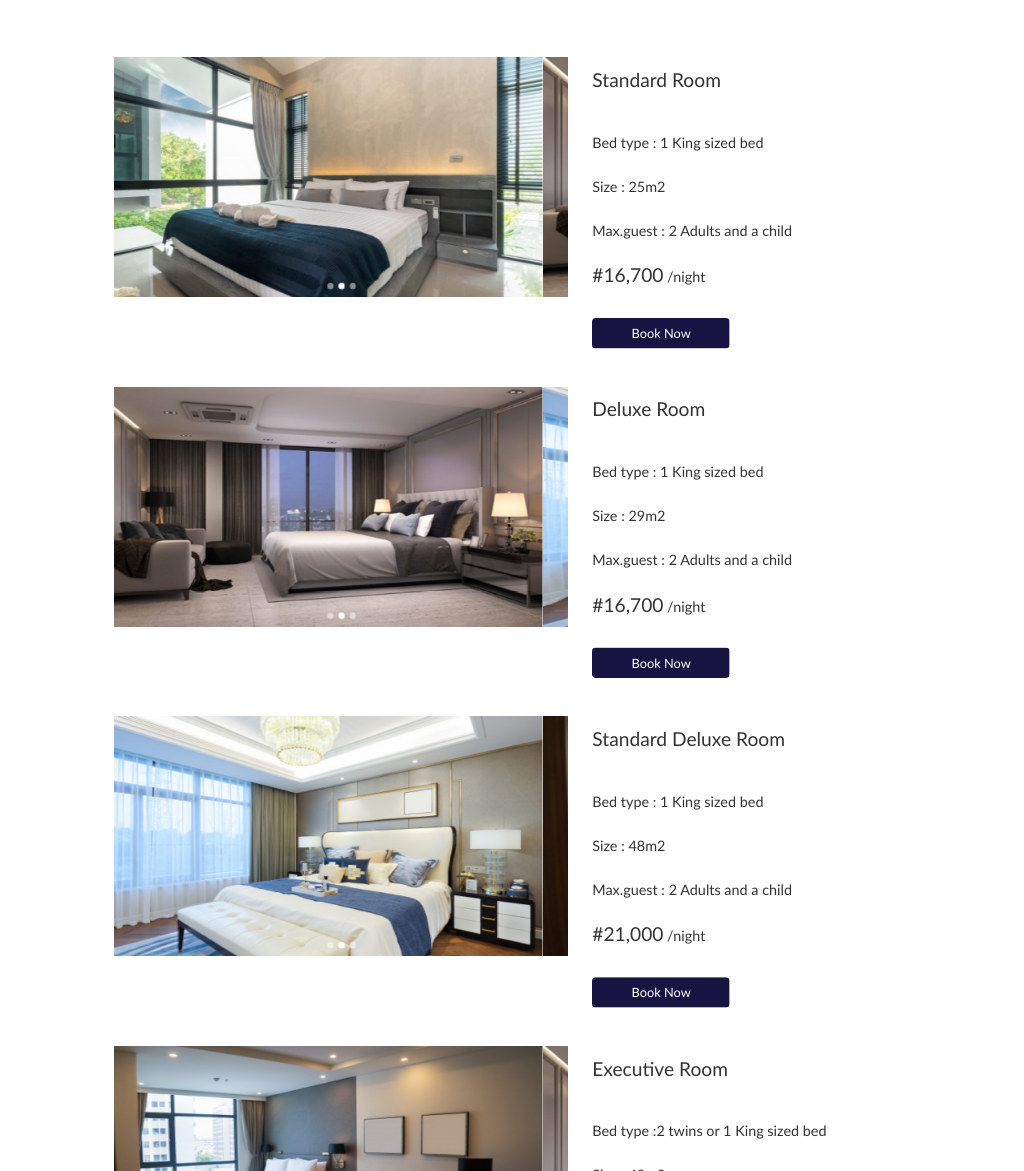
Repository: Syfon01/hotel-website
Page: index.html
An editor plug-in stored every save of this project. The page is shown before and after the next save, followed by the edit.
The browser window is 1280 px wide. The pictures show the part of the page from y = 497 to 1961 px (the page is 3108 px tall before and 2852 px after), at 80% of full size.
Pictures or frames that could not be fetched are drawn as grey boxes.

Above is the page before, as saved 2020-06-09 18:55:45.

### index.html
<!doctype html>
<html lang="en">
  <head>
    <title>Title</title>
    <!-- Required meta tags -->
    <meta charset="utf-8">
    <meta name="viewport" content="width=device-width, initial-scale=1, shrink-to-fit=no">
  <!-- font awesome -->
  <link rel="stylesheet" href="https://cdnjs.cloudflare.com/ajax/libs/font-awesome/4.7.0/css/font-awesome.min.css">
    <!-- Bootstrap CSS -->
    <link rel="stylesheet" href="https://stackpath.bootstrapcdn.com/bootstrap/4.3.1/css/bootstrap.min.css" integrity="sha384-ggOyR0iXCbMQv3Xipma34MD+dH/1fQ784/j6cY/iJTQUOhcWr7x9JvoRxT2MZw1T" crossorigin="anonymous">
    <link rel="stylesheet" href="room.css">
    <link rel="stylesheet" href="style.css">

  </head>
  <body>
    <!-- header, navbar -->
    <section class="top__section">
      <div class="top__content">
        <div class="container">
          <div class="icons">
            <i class="fa fa-facebook"></i>
            <i class="fa fa-twitter"></i>
            <i class="fa fa-instagram"></i>
            <i class="fa fa-linkedin"></i>
          </div>

          <div class="select">
            <p>English</p><span><i class="fa fa-angle-down"></i></span>
            <p class="x">NGN</p><span><i class="fa fa-angle-down"></i></span>
          </div>
        </div>
      </div>
    </section>

    <section class="main__frame">
      <nav>
        <input type="checkbox" name="" id="check">
        <label for="check" class="checkbtn"><span class="hamburger"></span></label>
        <label class="navBrand">EDGES</label>
        <ul>
          <li><a href="#" class="active">Home</a></li>
          <li><a href="#">About us</a></li>
          <li><a href="#">Room and Rates</a></li>
          <li><a href="#">Facilities</a></li>
          <li><a href="#">Gallery</a></li>
          <li><a href="#">Review</a></li>
          <li><a href="#">Contact</a></li>
        </ul>
      </nav>

      <div class="text-center text-white pt-5">
        <div class="container cont-head pt-5">
          <div class="vert-head pt-5">
            <h1 class="home pb-3">
              Our Rooms
            </h1>
            <div class="col-12 mx-auto">
              <p>
                Enjoy ultimate relaxation in one of our 94 rooms, including 27 spacious suites, designed with your comfort in
                mind.
                All
                rooms offer free high-speed wireless internet, natural light, as well as coffee and tea facilities. Return
                after a
                full
                day of work or sightseeing and unwind in style.
              </p>
            </div>
          </div>

        </div>
      </div>
    </section>

    <!-- carousel section -->
    <section id="carousel-section">
      <div class="container mt-5">
        <div class="row py-4">
          <div class="col-md-7 col-lg-7 col-12 col-sm-12">
            <div id="carouselExampleIndicators" class="carousel slide" data-ride="carousel">
              <ol class="carousel-indicators">
                <li data-target="#carouselExampleIndicators" data-slide-to="0" class="active"></li>
                <li data-target="#carouselExampleIndicators" data-slide-to="1"></li>
                <li data-target="#carouselExampleIndicators" data-slide-to="2"></li>
              </ol>
              <div class="carousel-inner">
                <div class="carousel-item active">
                  <img src="./img/hotel1.png" class="d-block w-100 img-carousel img-fluid" alt="...">
                </div>
                <div class="carousel-item">
                  <img src="./img/hotel2.png" class="d-block w-100 img-carousel img-fluid" alt="...">
                </div>
                <div class="carousel-item">
                  <img src="./img/hotel3.png" class="d-block w-100 img-carousel img-fluid" alt="...">
                </div>
              </div>

            </div>
          </div>
          <div class="col-md-5 col-lg-5 col-12 col-sm-12">
            <div class="hovertext">
              <h4 class="text-purple mb-4">Standard Room</h4>
              <p class="text-purple"><span class="p-font-weight">Bed type </span>: 1 King sized bed</p>
              <p class="text-purple"><span class="p-font-weight">Size</span> : 25m2</p>
              <p class="text-purple"><span class="p-font-weight">Max.guest </span>: 2 Adults and a child</p>
              <p class="text-purple mb-4"><span class="p-font-weight p-20">#16,700</span> /night</p>
              <button class="btn btn-purple px-5">Book Now</button>
            </div>
          </div>
        </div>

        <div class="row py-4">
          <div class="col-md-7 col-lg-7 col-12 col-sm-12">
            <div id="carouselExampleIndicators" class="carousel slide" data-ride="carousel">
              <ol class="carousel-indicators">
                <li data-target="#carouselExampleIndicators" data-slide-to="0" class="active"></li>
                <li data-target="#carouselExampleIndicators" data-slide-to="1"></li>
                <li data-target="#carouselExampleIndicators" data-slide-to="2"></li>
              </ol>
              <div class="carousel-inner">
                <div class="carousel-item active">
                  <img src="./img/hotel2.png" class="d-block w-100 img-carousel img-fluid" alt="...">
                </div>
                <div class="carousel-item">
                  <img src="./img/hotel3.png" class="d-block w-100 img-carousel img-fluid" alt="...">
                </div>
                <div class="carousel-item">
                  <img src="./img/hotel4.png" class="d-block w-100 img-carousel img-fluid" alt="...">
                </div>
              </div>

            </div>
          </div>
          <div class="col-md-5 col-lg-5 col-12 col-sm-12">
          <div class="hovertext">
            <h4 class="text-purple mb-4">Deluxe Room</h4>
            <p class="text-purple"><span class="p-font-weight">Bed type </span>: 1 King sized bed</p>
            <p class="text-purple"><span class="p-font-weight">Size</span> : 29m2</p>
            <p class="text-purple"><span class="p-font-weight">Max.guest </span>: 2 Adults and a child</p>
            <p class="text-purple mb-4"><span class="p-font-weight p-20">#16,700</span> /night</p>
            <button class="btn btn-purple px-5">Book Now</button>
          </div>
          </div>
        </div>

        <div class="row py-4">
          <div class="col-md-7 col-lg-7 col-12 col-sm-12">
            <div id="carouselExampleIndicators" class="carousel slide" data-ride="carousel">
              <ol class="carousel-indicators">
                <li data-target="#carouselExampleIndicators" data-slide-to="0" class="active"></li>
                <li data-target="#carouselExampleIndicators" data-slide-to="1"></li>
                <li data-target="#carouselExampleIndicators" data-slide-to="2"></li>
              </ol>
              <div class="carousel-inner">
                <div class="carousel-item active">
                  <img src="./img/hotel3.png" class="d-block w-100 img-carousel h-50 img-fluid" alt="...">
                </div>
                <div class="carousel-item">
                  <img src="./img/hotel4.png" class="d-block w-100 img-carousel img-fluid" alt="...">
                </div>
                <div class="carousel-item">
                  <img src="./img/hotel1.png" class="d-block w-100 img-carousel img-fluid" alt="...">
                </div>
              </div>

            </div>
          </div>
          <div class="col-md-5 col-lg-5 col-12 col-sm-12">
          <div class="hovertext">
            <h4 class="text-purple mb-4">Standard Deluxe Room</h4>
            <p class="text-purple"><span class="p-font-weight">Bed type </span>: 1 King sized bed</p>
            <p class="text-purple"><span class="p-font-weight">Size</span> : 48m2</p>
            <p class="text-purple"><span class="p-font-weight">Max.guest </span>: 2 Adults and a child</p>
            <p class="text-purple mb-4"><span class="p-font-weight p-20">#21,000</span> /night</p>
            <button class="btn btn-purple px-5">Book Now</button>
          </div>
          </div>
        </div>

        <div class="row py-4">
          <div class="col-md-7 col-lg-7 col-12 col-sm-12">
            <div id="carouselExampleIndicators" class="carousel slide" data-ride="carousel">
              <ol class="carousel-indicators">
                <li data-target="#carouselExampleIndicators" data-slide-to="0" class="active"></li>
                <li data-target="#carouselExampleIndicators" data-slide-to="1"></li>
                <li data-target="#carouselExampleIndicators" data-slide-to="2"></li>
              </ol>
              <div class="carousel-inner">
                <div class="carousel-item active">
                  <img src="./img/hotel4.png" class="d-block w-100 img-carousel h-50 img-fluid" alt="...">
                </div>
                <div class="carousel-item">
                  <img src="./img/hotel2.png" class="d-block w-100 img-carousel img-fluid" alt="...">
                </div>
                <div class="carousel-item">
                  <img src="./img/hotel1.png" class="d-block w-100 img-carousel img-fluid" alt="...">
                </div>
              </div>

            </div>
          </div>
          <div class="col-md-5 col-lg-5 col-12 col-sm-12">
            <div class="hovertext">
              <h4 class="text-purple mb-4">Executive Room</h4>
              <p class="text-purple"><span class="p-font-weight">Bed type </span>:2 twins or 1 King sized bed</p>
              <p class="text-purple"><span class="p-font-weight">Size</span> : 48m2</p>
              <p class="text-purple"><span class="p-font-weight">Max.guest </span>: 2 Adults and a child</p>
              <p class="text-purple mb-4"><span class="p-font-weight p-20">#25,000</span> /night</p>
              <button class="btn btn-purple px-5">Book Now</button>
            </div>
          </div>
        </div>
      </div>
    </section>

    <!-- explore section  -->
    <div class="explore py-4 mb-4">
      <div class='hero'>
        <div class="cont-vert d-none d-md-block d-lg-block">
          <div class="text-center vert col-12">
            <h1>
              Explore and see what comfort really is
            </h1>
            <img src="./img/play.svg" class="img-fluid" alt="" srcset="">
          </div>
        </div>

        <div class="d-sm-block d-lg-none d-md-none py-5">
          <div class="text-center col-12 py-5">
            <h2 class="pt-5">
              Explore and see what comfort really is
            </h2>
            <img src="./img/play.svg" class="img-fluid pt-2" alt="" srcset="">
          </div>
        </div>

      </div>
</div>
<!-- footer -->
<footer>
  <h2>Edges</h2>



  <div class="row">

    <div class="col-md-4 col-6 col-lg-4 de-column">
      <ul class="d-row">
        <li id="theader">Quick Links </li>
        <li><a href="#">About Us </a></li>
        <li><a href="#"> Room and Rates</a></li>
        <li><a href="#"> Facilities</a></li>
        <li><a href="#">Reviews</a> </li>
        <li><a href="#">Gallery</a> </li>
        <li><a href="#"> Contact</a></li>
      </ul>
    </div>

    <div class="col-md-4 col-6 col-lg-4 de-column">
      <ul class="d-row">
        <li id="theader">Features </li>
        <li><a href="#">Internet</a></li>
        <li><a href="#">Resuturant</a> </li>
        <li><a href="#">Leisure</a> </li>
        <li> <a href="#">Spa Treatment</a></li>
        <li><a href="#">Fitness </a></li>
        <li><a href="#">Bush bar </a></li>
      </ul>
    </div>

    <div class="col-md-4 col-12 col-lg-4  de-column">
      <ul class="d-row">
        <li id="theader"> Legal Information</li>
        <li><a href="#">Terms and Condition </a></li>
        <li><a href="#">Disclaimer</a> </li>
        <li> <a href="#">Cancellation policy</a></li>
        <li><a href="#">Privacy</a> </li>
      </ul>
    </div>


  </div>


  <div class="links">
    <i class="fa fa-facebook"><a href="#"></a></i>
    <i class="fa fa-twitter"><a href="#"></a></i>
    <i class="fa fa-instagram"><a href="#"></a></i>
    <i class="fa fa-linkedin"><a href="#"></a></i>

  </div>
</footer>


    <!-- Optional JavaScript -->
    <!-- jQuery first, then Popper.js, then Bootstrap JS -->
    <script src="https://code.jquery.com/jquery-3.3.1.slim.min.js" integrity="sha384-q8i/X+965DzO0rT7abK41JStQIAqVgRVzpbzo5smXKp4YfRvH+8abtTE1Pi6jizo" crossorigin="anonymous"></script>
    <script src="https://cdnjs.cloudflare.com/ajax/libs/popper.js/1.14.7/umd/popper.min.js" integrity="sha384-UO2eT0CpHqdSJQ6hJty5KVphtPhzWj9WO1clHTMGa3JDZwrnQq4sF86dIHNDz0W1" crossorigin="anonymous"></script>
    <script src="https://stackpath.bootstrapcdn.com/bootstrap/4.3.1/js/bootstrap.min.js" integrity="sha384-JjSmVgyd0p3pXB1rRibZUAYoIIy6OrQ6VrjIEaFf/nJGzIxFDsf4x0xIM+B07jRM" crossorigin="anonymous"></script>
  </body>
</html>

### room.css
.text-purple{
 color: #333333;
line-height: 55px;

}
.p-font-weight{
  font-weight: 500;
}
.p-20{
  font-size: 24px;
}
p{
  font-size: 18px;;
}
.btn-purple{
  background-color: #191341;
  color: #fff;
  border-radius: 5px;
}
.img-carousel{
  height: 300px!important;
}
.carousel-indicators li{
  border-radius: 100%;
  width: 8px;
  height: 8px;
}
.home-header{
  background-image: linear-gradient(to bottom, rgba(0, 0, 0, 0.4), rgba(0, 0, 0, 0.6)),
  url('https://res.cloudinary.com/syfon/image/upload/v1591642862/header.png');
  width: 100%;
  height: 75vh;
  background-size: cover;
  color: white;
  ;
}
.hero{
   background-image: linear-gradient(to bottom, rgba(25, 19, 65, 0.6), rgba(25, 19, 65, 0.8)),
   url('https://res.cloudinary.com/syfon/image/upload/v1591642863/explore.png');
   width: 100%;
   /* height: 75vh; */
   background-size: cover;
   color: white;
  ;
}

.vert{
  margin: 0;
  position: absolute;
  top: 50%;
  left: 50%;
  -ms-transform: translate(-50%, -50%);
  transform: translate(-50%, -50%);
}
.cont-vert{
  height: 400px;
  position: relative;
}

.cont-head {
  height: 400px;
  position: relative;
  z-index: 2;
}
@media screen and (min-width: 300px) and (max-width: 420px){
  .cont-head{
    min-height: 500px;
  }

}

@media (max-width: 991px) {
  #words {
    width: 100%;
    /* margin: auto;
      text-align: justify; */
  }

  .row {
    /* opacity: 0.4; */
    position: relative;
    overflow: hidden;
  }

  .col-md-7 {
    opacity: 1;
    display: block;
    width: 100%;
    height: auto;
    transition: .5s ease;
    backface-visibility: hidden;
  }

  .col-md-5 {
    opacity: 0;
    position: absolute;
    top: 2;
    left: 0;
    padding: 0em;
    line-height: 1;
    /* background-color: blue; */
    /* transform: translate(-50%, -50%); */
    /*-ms-transform: translate(-50%, -50%); */

  }

  .col-md-5 p {
    color: white
  }

  .col-md-5 h4 {
    color: white
  }

  .row:hover .col-md-7 {
    /* opacity: ; */

  }

  .row:hover .col-md-5 {
    opacity: 0.9;
    padding: 0em 1em;

  }

  .row:hover.btn-purple {
    opacity: 1;

  }

  .hovertext {
    padding: 1.5em 1em;
    background-color: #112966;
line-height: 25px;

    /* font-size: 16px;
      padding: 16px 32px; */
  }

  .btn-purple {
    color: #191341;
    background-color: #fff;
    padding: 0.2em;
    font-size: 25px;
    margin-top: 0em;
    font-weight: bold;
  }

  .btn-purple:hover {
    background-color: rgb(3, 87, 3);
    color: white;
    border: none;
    outline: none
  }

  .carousel-indicators li {
    display: none
  }
}

### style.css
html * {
  margin: 0;
  padding: 0;
  box-sizing: border-box;
}

body {
  font-family: Calibri, 'Trebuchet MS', sans-serif;
  width: 100%;
  height: 100%;
}


/*  NAVBAR */
a {
  text-decoration: none;
}

.main__frame {
  width: 100%;
  /* height: calc(80vh - 50px); */
  background-image: url('https://res.cloudinary.com/syfon/image/upload/v1591642862/header.png');
  background-repeat: no-repeat;
  object-fit: cover;
  background-size: cover;
  position: relative;
}

.main__frame::after {
  content: '';
  position: absolute;
  top: 0;
  left: 0;
  width: 100%;
  height: 100%;
  z-index: 1;
  background: rgba(0, 0, 0, 0.5);
  color: #fff!important;
}

.top__section {
  width: 100%;
  height: 49px;
}

.top__content {
  max-width: 100%;
  height: 49px;
  background: #191341;
}

.top__content>.container {
  width: 80%;
  display: flex;
  flex-direction: row;
  justify-content: space-between;
  margin: 0 auto;
  color: #ffffff;
  padding-top: 15px;
}

.container>.icons {
  display: flex;
  flex-direction: row;
  width: 100px;
  font-size: 15px;
}

.icons i {
  margin-right: 25px;
}

.container {
  width: 80%;
  margin: 0 auto;
}

.container>.select {
  display: flex;
  flex-direction: row;
  width: 200px;
  font-size: 18px;

}

/* select section */
.select>p {
  margin-right: 10px;
}

.select>p.x {
  margin-left: 40px;
}

.select>span {
  line-height: 25px;
}

/* navigation */
nav {
  position: absolute;
  content: '';
  width: 100%;
  height: 80px;
  z-index: 2;
  padding: 0 4em;
}

nav .navBrand {
  /* font-family: Calibri; */
  font-style: normal;
  font-weight: bold;
  font-size: 45px;
  line-height: 70px;
  color: #ffff;
  z-index: 2;
  float: left;
}

nav ul {
  float: right;
  list-style: none;
}

nav ul li {
  display: inline-block;
  line-height: 70px;
}

nav li a {
  font-family: Calibri;
  font-style: normal;
  font-weight: normal;
  font-size: 20px;
  line-height: 24px;
  color: #FFFFFF;
  padding: 8px 17px;
}

nav li a:hover {
  background: #191341;
  box-shadow: 2px 0px 2px rgba(0, 0, 0, 0.25);
  border-radius: 5px;
}

.checkbtn {
  float: right;
  position: relative;
  top: 32px;
  cursor: pointer;
  display: none;
}

#check {
  display: none;
}

/* Hamburger menu with CSS */
.hamburger,
.hamburger::before,
.hamburger::after {
  content: "";
  display: block;
  background: #fff;
  height: 3px;
  width: 1.8rem;
  border-radius: 4px;
  transition: all .4s ease-out;
}

.hamburger::before {
  transform: translateY(-8px);
}

.hamburger::after {
  transform: translateY(5px);
}

/* Hamburger icon switch to X */
#check:checked~.checkbtn .hamburger {
  transform: rotate(45deg);
  background: #fff;
}

#check:checked~.checkbtn .hamburger::after {
  transform: translateY(-3px) rotate(-90deg);
  background: #fff;
}

#check:checked~.checkbtn .hamburger::before {
  opacity: 0;
}

/* media Query */

/* mobile */
@media screen and (min-width: 300px) and (max-width: 420px) {

  /* top icons */
  .container>.icons {
    width: 30%;
    font-size: 12px;
  }

  .icons i {
    margin-right: 20px;
  }

  .container>.select {
    width: 40%;
    font-size: 12px;
  }

  .select>p.x {
    margin-left: 20px;
  }

  .select>span {
    line-height: 18px;
  }

  .top__content>.container {
    width: 80% !important;
  }

  nav {
    padding: 0 2.4em !important;
  }

  nav .navBrand {
    font-size: 27px !important;
  }
}

/* small tablet */
@media screen and (min-width: 550px) and (max-width: 772px) {

  .container>.select {
    font-size: 12px;
  }

  .select>span {
    line-height: 18px;
  }

  nav {
    padding: 0 5em;
  }

  nav .navBrand {
    font-size: 33px;
  }
}

/* tablet */
@media screen and (min-width: 900px) and (max-width: 1250px) {
  .top__content>.container {
    width: 85%;
  }

  nav {
    padding: 0 4em;
  }

  nav .navBrand {
    font-size: 33px;
  }

  li a {
    font-size: 14px;
    padding: 8px 14px;
  }
}

@media screen and (min-width: 1250px) {
  nav {
    padding: 0 8em;
  }

}

/* navbar */
@media screen and (max-width: 852px) {
  .checkbtn {
    display: block;
  }

  nav ul {
    position: fixed;
    width: 100%;
    height: 100%;
    background: rgba(0, 0, 0, 0.9);
    top: 110px;
    left: -100%;
    text-align: center;
    transition: all .4s;
  }

  nav ul li {
    display: block;
    margin: 50px 0;
    line-height: 30px;
  }

  nav ul li a {
    font-size: 20px;
  }

  li a:hover,
  a.active {
    background: none;
    color: #191341;
  }

  #check:checked~ul {
    left: 0;
  }
}



/* footer  */
footer {
  color: white;
  padding: 3em;
  background-color: #191341;
}

footer h2 {
  width: 90%;
  margin: auto;
  font-size: 30px;
  padding: 0.3em 0em;
  text-transform: uppercase
}

.de-table {

  margin: auto;
  width: 95%;
  display: flex;
  padding-left: 2em;

}

.de-table ul {
  list-style-type: none;
}

.de-column {
  width: 40%
}

#theader {
  padding-top: 12px;
  padding-bottom: 12px;
  text-align: left;
  font-weight: bold;
  font-size: 18px;
  line-height: 32px;
  text-transform: uppercase;
}

.d-row li {
  padding: 3px;
  font-size: 15px
}

.d-row li a {
  color: rgb(199, 196, 196);
  text-decoration: none;
  padding: 2px
}

.links {

  padding: 1em 2.5em;

}

.links .fa {
  padding: 15px;
  cursor: pointer;
  width: 15px;
  height: 15px;
  font-size: 15px;
  text-decoration: none;

}

@media (max-width: 991px) {
  footer {
    /* text-align: center; */
    color: white;
    padding-left: 2em
  }

  .d-table {
    display: block;

    padding: 0em
  }

  .de-column {
    width: 100%;
    padding: 1em;

  }


  #theader {

    line-height: 7px;

  }
}

.d-row>li{
  list-style: none;
}

After the next save:
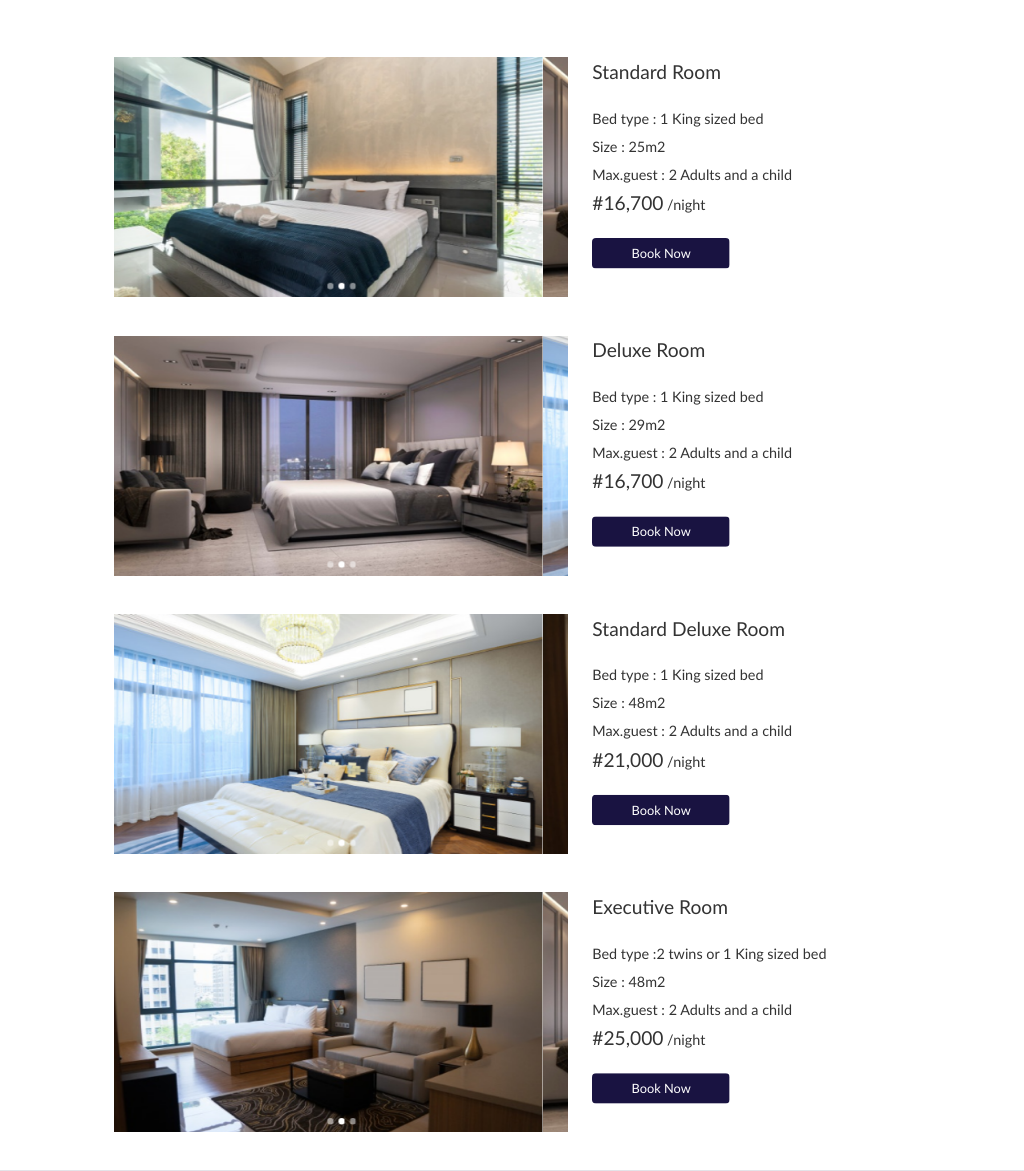
Saved 15 s later.
--- a/room.css
+++ b/room.css
@@ -1,6 +1,6 @@
 .text-purple{
  color: #333333;
-line-height: 55px;
+line-height: 35px;
 
 }
 .p-font-weight{
